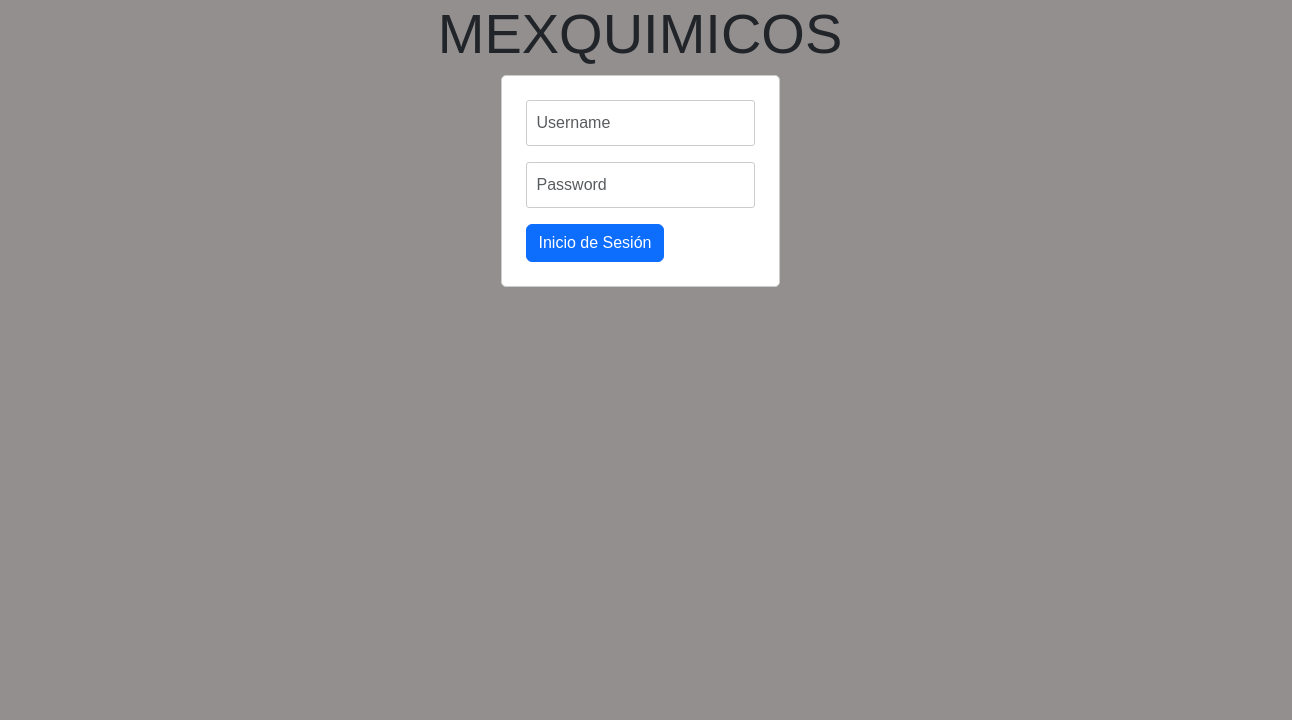
Repository: iDiv3r/MexiQuimicosIsay
Page: Index.html
An editor plug-in stored every save of this project. The page is shown before and after the next save, followed by the edit.
The browser window is 1280 px wide. The page is 1292 px wide, then 1280 px, so the pictures cover 1292 px, including what lies to the right of the window. The pictures show the whole page.

Above is the page before, as saved 2023-11-25 00:18:21.

After the next save:
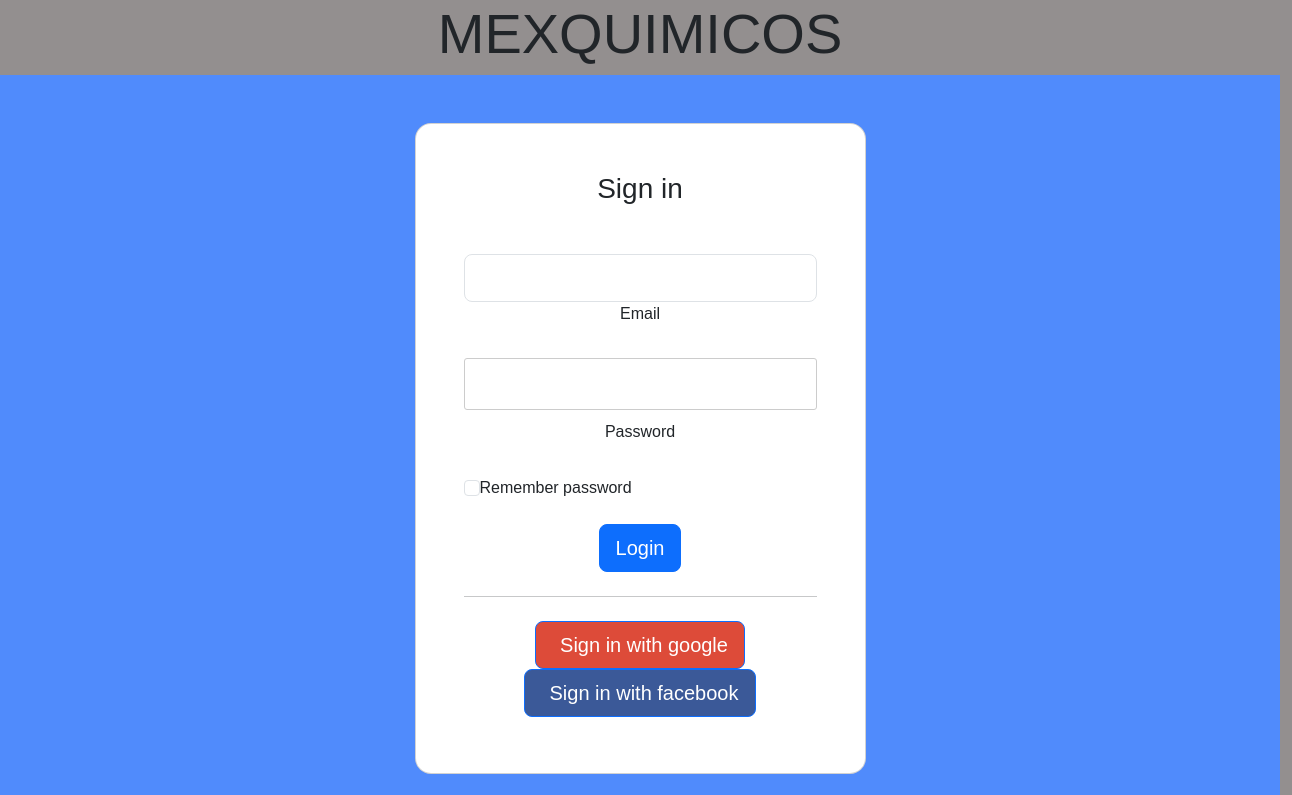
Saved 14 min 31 s later.
--- a/Index.html
+++ b/Index.html
@@ -51,18 +51,45 @@
 <body>
   <h1 class="display-4 text-align-absolute text-dark">MEXQUIMICOS</h1>
 
-  <div class="content justify-content-md-center ">
-    <div class="row justify-content-md-center">
-      <div class="col-md-auto fixed">
-  <form class="p-4">
-    <div class="mb-3">
-      <input type="text" class="form-control" placeholder="Username" required>
+  <section class="vh-100" style="background-color: #508bfc;">
+    <div class="container py-5 h-100">
+      <div class="row d-flex justify-content-center align-items-center h-100">
+        <div class="col-12 col-md-8 col-lg-6 col-xl-5">
+          <div class="card shadow-2-strong" style="border-radius: 1rem;">
+            <div class="card-body p-5 text-center">
+
+              <h3 class="mb-5">Sign in</h3>
+
+              <div class="form-outline mb-4">
+                <input type="email" id="typeEmailX-2" class="form-control form-control-lg" />
+                <label class="form-label" for="typeEmailX-2">Email</label>
+              </div>
+
+              <div class="form-outline mb-4">
+                <input type="password" id="typePasswordX-2" class="form-control form-control-lg" />
+                <label class="form-label" for="typePasswordX-2">Password</label>
+              </div>
+
+              <!-- Checkbox -->
+              <div class="form-check d-flex justify-content-start mb-4">
+                <input class="form-check-input" type="checkbox" value="" id="form1Example3" />
+                <label class="form-check-label" for="form1Example3"> Remember password </label>
+              </div>
+
+              <button class="btn btn-primary btn-lg btn-block" type="submit">Login</button>
+
+              <hr class="my-4">
+
+              <button class="btn btn-lg btn-block btn-primary" style="background-color: #dd4b39;"
+                type="submit"><i class="fab fa-google me-2"></i> Sign in with google</button>
+              <button class="btn btn-lg btn-block btn-primary mb-2" style="background-color: #3b5998;"
+                type="submit"><i class="fab fa-facebook-f me-2"></i>Sign in with facebook</button>
+
+            </div>
+          </div>
+        </div>
+      </div>
     </div>
-    <div class="mb-3">
-      <input type="password" class="form-control" placeholder="Password" required>
-    </div>
-    <button type="submit" class="btn btn-primary">Inicio de Sesión</button>
-  </form></div></div>
-</div>
+  </section>
 </body>
 </html>
